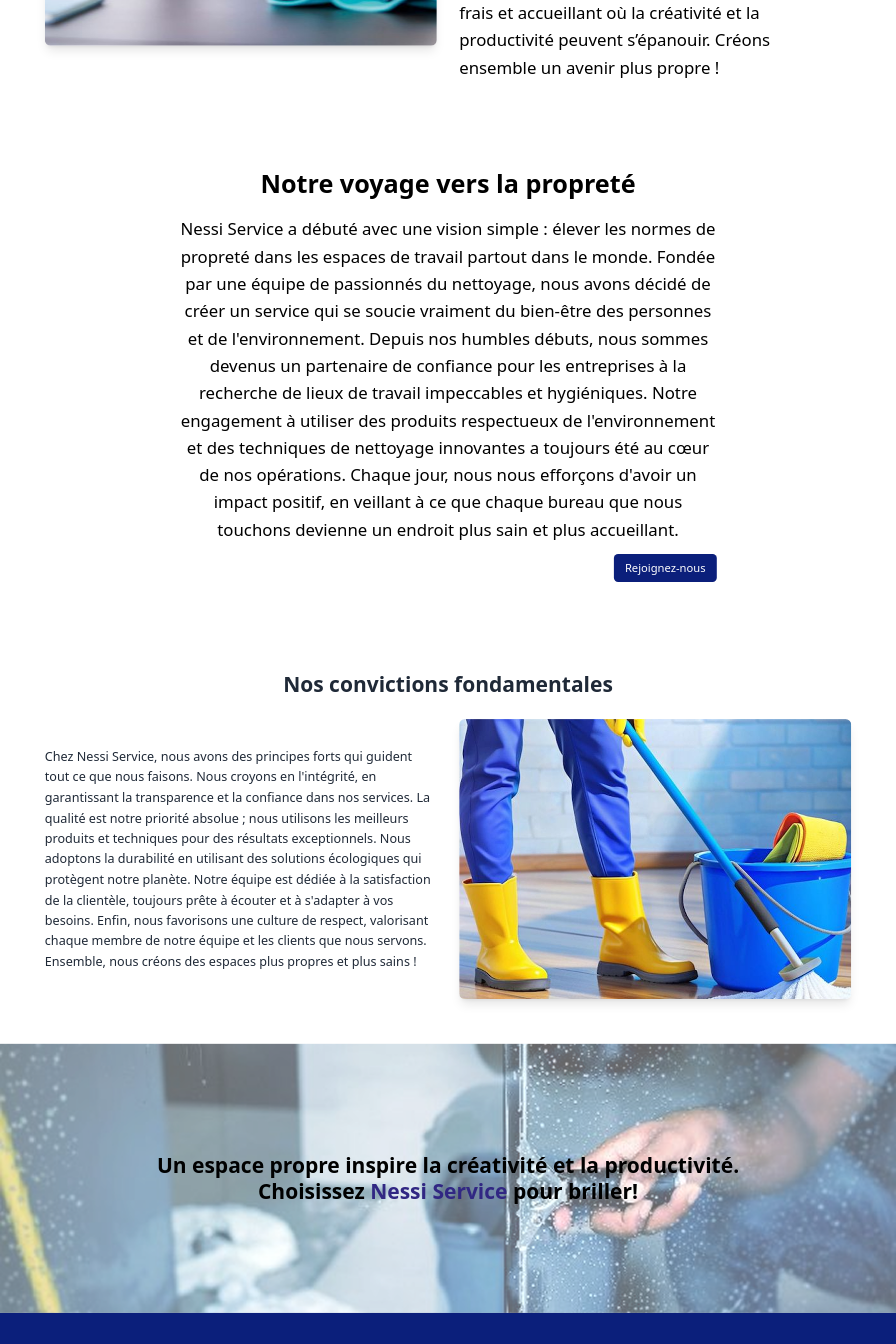
Repository: MDiouf9/Nessi
Page: /About
An editor plug-in stored every save of this project. The page is shown before and after a run of saves, followed by the edit.
The browser window is 1280 px wide. The pictures show the part of the page from y = 1225 to 3145 px (the page is 3557 px tall before and 3577 px after), at 70% of full size.
The project was rebuilt for these pictures with package versions that can differ from the ones it lists, and the page was loaded fresh each time. Also part of the build but not shown: vite.config.js, src/Global.css, src/App.css, src/Pages/Home.jsx, src/Pages/NotFound.jsx, src/components/Countries.jsx, src/Pages/Services.jsx, src/Pages/Contact.jsx.

Above is the page before, as saved 2025-03-10 18:48:40.

### src/main.jsx
import { StrictMode } from 'react'
import { createRoot } from 'react-dom/client'
import './index.css'
import './Global.css'
import App from './App.jsx'

createRoot(document.getElementById('root')).render(
  <StrictMode>
    <App />
  </StrictMode>,
)

### src/index.css
@tailwind base;
@tailwind components;
@tailwind utilities;
























/* :root {
  font-family: Inter, system-ui, Avenir, Helvetica, Arial, sans-serif;
  line-height: 1.5;
  font-weight: 400;

  color-scheme: light dark;
  color: rgba(255, 255, 255, 0.87);
  background-color: #242424;

  font-synthesis: none;
  text-rendering: optimizeLegibility;
  -webkit-font-smoothing: antialiased;
  -moz-osx-font-smoothing: grayscale;
}

a {
  font-weight: 500;
  color: #646cff;
  text-decoration: inherit;
}
a:hover {
  color: #535bf2;
}

body {
  margin: 0;
  display: flex;
  place-items: center;
  min-width: 320px;
  min-height: 100vh;
}

h1 {
  font-size: 3.2em;
  line-height: 1.1;
}

button {
  border-radius: 8px;
  border: 1px solid transparent;
  padding: 0.6em 1.2em;
  font-size: 1em;
  font-weight: 500;
  font-family: inherit;
  background-color: #1a1a1a;
  cursor: pointer;
  transition: border-color 0.25s;
}
button:hover {
  border-color: #646cff;
}
button:focus,
button:focus-visible {
  outline: 4px auto -webkit-focus-ring-color;
}

@media (prefers-color-scheme: light) {
  :root {
    color: #213547;
    background-color: #ffffff;
  }
  a:hover {
    color: #747bff;
  }
  button {
    background-color: #f9f9f9;
  }
} */

### src/App.jsx

import { BrowserRouter , Routes, Route  } from "react-router-dom"
// import reactLogo from './assets/react.svg'
// import viteLogo from '/vite.svg'
import './App.css'
import Home from './Pages/Home'
import NotFound from './Pages/NotFound'
import About from './Pages/About'
import Countries from './components/Countries'
import Services from './Pages/Services'
import Contact from './Pages/Contact'


function App() {

  return (
    <>
     <BrowserRouter>
      <Routes>
        <Route path="/"  element={<Home />} />
        <Route path='/About' element={<About/>} />
        <Route path='/Services' element={<Services/>} />
        <Route path='/Contact' element={<Contact/>} />
        <Route path='/Countries' element={<Countries/>} />
        <Route path='*' element={<NotFound/>} />
      </Routes>
    </BrowserRouter>

    </>
  )
}

export default App

### src/Pages/About.jsx

import Header from '../components/Header'
import SectionWithImage from '../components/Sectionlesft'
import regulier from "../assets/fememenage.png";
import propre from "../assets/mrpropre.png";
import SectionWithTitle from '../components/SectionTitle';
import OurJourneySection from '../components/SectionTexte';
import laveur from "../assets/laveur vitre.png";
import Footer from '../components/Footer';


const About = () => {
  return (
    <div>

        <Header/>
        <section className="bg-[#312783] text-white py-16 flex justify-center items-center">
      <h1 className="text-4xl md:text-6xl font-bold">PURE EXCELLENCE</h1>
    </section>
    {/* section 2 */}
    <section className=" text-white py-16 flex justify-center items-center">
      <h1 className="text-4xl md:text-6xl font-bold"> <section className=" text-black py-16 flex justify-center items-center">
      <h1 className="text-4xl md:text-6xl font-bold text-center">Engagé pour votre espace <br /> propre !</h1>
    </section></h1>
    </section>

        <SectionWithImage
             imageSrc={regulier} // Image à afficher
             altText="Nettoyage en action" // Texte alternatif
             title="" // Titre de la section
             content="Chez Nessi Service, nous pensons qu’un espace de travail propre conduit à des équipes plus heureuses et plus productives. Notre objectif est de fournir des services de nettoyage de premier ordre adaptés à vos besoins uniques. Nous sommes fiers d’utiliser des techniques modernes et des produits respectueux de l’environnement, garantissant que votre bureau non seulement a fière allure, mais favorise également un environnement sain. Avec notre équipe dévouée d’experts en nettoyage, nous promettons de transformer votre espace de travail en un espace frais et accueillant où la créativité et la productivité peuvent s’épanouir. Créons ensemble un avenir plus propre !"
           />

<OurJourneySection />


<SectionWithTitle
  imageSrc={propre}
  altText="Nettoyage professionnel"
  title="Nos convictions fondamentales"
  content=" Chez Nessi Service, nous avons des principes forts qui guident tout ce que nous faisons. Nous croyons en l'intégrité, en garantissant la transparence et la confiance dans nos services. La qualité est notre priorité absolue ; nous utilisons les meilleurs produits et techniques pour des résultats exceptionnels. Nous adoptons la durabilité en utilisant des solutions écologiques qui protègent notre planète. Notre équipe est dédiée à la satisfaction de la clientèle, toujours prête à écouter et à s'adapter à vos besoins. Enfin, nous favorisons une culture de respect, valorisant chaque membre de notre équipe et les clients que nous servons. Ensemble, nous créons des espaces plus propres et plus sains !"
/>


<section className="relative bg-cover bg-center py-16 h-96 flex items-center justify-center"
      style={{ backgroundImage: `url(${laveur})` }}>

      {/* Overlay transparent */}
      <div className="absolute inset-0 bg-white bg-opacity-40"></div>

      {/* Texte au milieu */}
      <h2 className="relative text-2xl md:text-3xl font-bold text-black text-center px-6">
        Un espace propre inspire la créativité et la productivité.
        <br />Choisissez <span className="text-[#312783]">Nessi Service</span> pour briller!
      </h2>

    </section>
  <Footer/>
    </div>
  )
}

export default About

### src/components/Header.jsx
import  { useState } from "react";
import { Link } from "react-router-dom";
import logo from "../assets/logo1.png";

const navLinks = [
  { name: "Accueil", path: "/" },
  { name: "À propos", path: "/about" },
  { name: "Nos services", path: "/services" },
  { name: "Contact", path: "/contact" }
];

const Header = () => {
  const [isMenuOpen, setIsMenuOpen] = useState(false); // État pour gérer l'ouverture du menu mobile

  return (
    <header className="bg-[#312783] text-white p-4 shadow-lg">
      <div className="container mx-auto flex justify-between items-center">
        {/* Logo */}
        <img src={logo} alt="Logo" className="h-20" />

        {/* Menu burger pour mobile */}
        <button
          className="lg:hidden text-white text-2xl"
          onClick={() => setIsMenuOpen(!isMenuOpen)}
          aria-label="Toggle Menu"
        >
          {isMenuOpen ? (
            <span>&#10005;</span>  // Croix de fermeture du menu
          ) : (
            <span>&#9776;</span>  // Icône hamburger
          )}
        </button>

        {/* Navigation */}
        <nav className={`lg:flex ${isMenuOpen ? "block" : "hidden"} lg:bg-transparent bg-[#312783]`}>
          <ul className="lg:flex lg:space-x-8 flex-col lg:flex-row space-y-4 lg:space-y-0 p-6 lg:p-0">
            {navLinks.map((link, index) => (
              <li key={index} className="relative">
                <Link
                  to={link.path}
                  className="hover:text-gray-300 text-lg transition-colors duration-300 ease-in-out"
                >
                  {link.name}
                </Link>
                {/* Ajouter une barre sous le lien actif */}
              </li>
            ))}
          </ul>
        </nav>
      </div>


    </header>
  );
};

export default Header;

### src/components/Footer.jsx
import { FaFacebook, FaInstagram, FaLinkedin, FaTwitter, FaPhone, FaMapMarkerAlt, FaEnvelope } from "react-icons/fa";
import logo from "../assets/logo1.png";

const Footer = () => {
  return (
    <div>
        <footer className="bg-[#0B1F7B] text-white py-10">
    <div className="flex ">
          <img src={logo} alt="Logo" className="h-28" />
        </div>
      <div className="container mx-auto px-6">


        {/* Première section */}
        <div className="flex flex-col lg:flex-row justify-between items-start mt-8 gap-8">
          {/* Première colonne */}
          <div className="lg:w-1/3 flex flex-col items-center text-center">
            <p className="mt-4 text-lg">
              NESSI Service garantit des services de nettoyage professionnels pour un espace propre, sain et accueillant.
            </p>
            <h2 className="py-4">SUIVEZ NOUS:</h2>
            <div className="mt-4 flex space-x-4">

              <a href="#" className="text-gray-300 hover:text-white">
                <FaFacebook size={24} />
              </a>
              <a href="#" className="text-gray-300 hover:text-white">
                <FaInstagram size={24} />
              </a>
              <a href="#" className="text-gray-300 hover:text-white">
                <FaLinkedin size={24} />
              </a>
              <a href="#" className="text-gray-300 hover:text-white">
                <FaTwitter size={24} />
              </a>
            </div>
          </div>

          {/* Deuxième colonne */}
          <div className="lg:w-1/3 flex flex-col items-center">
            <h3 className="text-xl font-bold">Navigation</h3>
            <ul className="mt-4 space-y-2 text-center">
              <li><a href="/services" className="hover:text-gray-300">Services</a></li>
              <li><a href="/" className="hover:text-gray-300">Accueil</a></li>
              <li><a href="/services" className="hover:text-gray-300">Nos Services</a></li>
              <li><a href="/about" className="hover:text-gray-300">À propos de nous</a></li>
            </ul>
          </div>

          {/* Troisième colonne */}
          <div className="lg:w-1/3 flex flex-col items-center">
            <h3 className="text-xl font-bold">Contact</h3>
            <ul className="mt-4 space-y-4 text-center">
              <li className="flex items-center justify-center gap-2">
                <FaPhone className="text-gray-300" />
                +221 77 096 41 65
              </li>
              <li className="flex items-center justify-center gap-2">
                <FaMapMarkerAlt className="text-gray-300" />
                Dakar, Sénégal, HLM 4, Villa n°1195
              </li>
              <li className="flex items-center justify-center gap-2">
                <FaEnvelope className="text-gray-300" />
                <a href="mailto:nessiservice@gmail.com" className="hover:text-gray-300">nessiservice@gmail.com</a>
              </li>
            </ul>
          </div>
        </div>

        {/* Texte footer avec mentions légales et copyright */}

      </div>
    </footer>
    <div className="mx-2   py-2 ">
          <p className="text-sm">Mentions légales  Conditions de confidentialité @Bysouadou © 2024 NESSI Service. Tous droits réservés.


          </p>
        </div>
         </div>
  );
};

export default Footer;

### src/components/Sectionlesft.jsx
const SectionWithImage = ({ imageSrc, altText, title, content }) => {
    return (
      <section className="bg-white py-16 px-6 md:px-16">
        <div className="container mx-auto flex flex-col md:flex-row items-center gap-8">
          {/* Image à gauche */}
          <div className="md:w-1/2 flex justify-aound items-center">
            <img src={imageSrc} alt={altText} className="w-full h-full max-h-[500px] object-center  rounded-lg shadow-lg" />
          </div>

          {/* Texte à droite */}
          <div className="md:w-1/2 flex flex-col justify-center h-full">
            <h2 className="text-3xl font-bold mb-4">{title}</h2>
            <p className="text-2xl leading-relaxed">{content}</p>
          </div>
        </div>
      </section>
    );
  };

  export default SectionWithImage;

### src/components/SectionTitle.jsx
const SectionWithTitle = ({ imageSrc, altText, title, content }) => {
    return (
      <section className="bg-white py-16 px-6 md:px-16">
        <div className="container mx-auto text-center mb-8">
          <h2 className="text-3xl font-bold text-gray-800">{title}</h2>
        </div>

        <div className="container mx-auto flex flex-col md:flex-row items-center gap-8">
          {/* Texte à gauche */}
          <div className="md:w-1/2 flex flex-col justify-center h-full text-gray-800">
            <p className="text-lg leading-relaxed">{content}</p>
          </div>

          {/* Image à droite */}
          <div className="md:w-1/2 flex justify-center items-center">
            <img src={imageSrc} alt={altText} className="w-full h-full max-h-[400px] object-cover rounded-lg shadow-lg" />
          </div>
        </div>
      </section>
    );
  };

  export default SectionWithTitle;

### src/components/SectionTexte.jsx
const OurJourneySection = () => {
    return (
      <section className="text-black py-16 px-6 md:px-16">
        <div className="container mx-auto text-center">
          {/* Titre */}
          <h2 className="text-4xl font-bold mb-6">Notre voyage vers la propreté</h2>

          {/* Texte + bouton aligné à gauche */}
          <div className="max-w-3xl mx-auto text-right">
            <p className="text-2xl text-center leading-relaxed">
              Nessi Service a débuté avec une vision simple : élever les normes de propreté dans les espaces de travail partout dans le monde.
              Fondée par une équipe de passionnés du nettoyage, nous avons décidé de créer un service qui se soucie vraiment du bien-être des personnes et de l'environnement.
              Depuis nos humbles débuts, nous sommes devenus un partenaire de confiance pour les entreprises à la recherche de lieux de travail impeccables et hygiéniques.
              Notre engagement à utiliser des produits respectueux de l'environnement et des techniques de nettoyage innovantes a toujours été au cœur de nos opérations.
              Chaque jour, nous nous efforçons d'avoir un impact positif, en veillant à ce que chaque bureau que nous touchons devienne un endroit plus sain et plus accueillant.
            </p>

            {/* Bouton aligné à gauche */}
            <div className="mt-4">
              <button className="bg-[#0B1F7B] px-4 py-2 text-white rounded-md">Rejoignez-nous</button>
            </div>
          </div>
        </div>
      </section>
    );
  };

  export default OurJourneySection;

Loaded but not shown: index.html (common file); tailwind.config.js (common file)

After the next 2 saves:
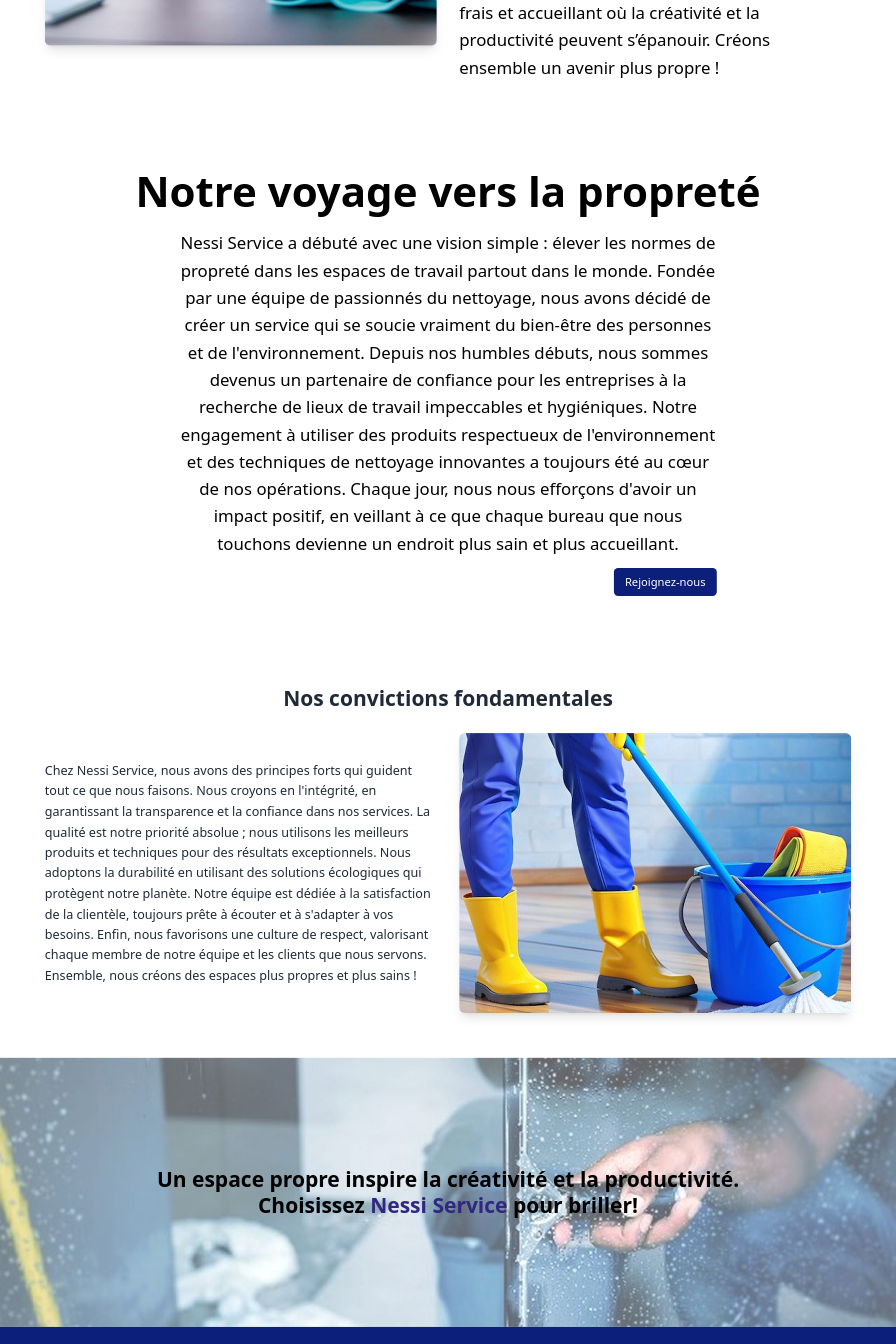
The 2 saves are shown as one change because they came seconds apart.
The last was saved 17 s later.
--- a/src/components/SectionTexte.jsx
+++ b/src/components/SectionTexte.jsx
@@ -3,7 +3,7 @@
       <section className="text-black py-16 px-6 md:px-16">
         <div className="container mx-auto text-center">
           {/* Titre */}
-          <h2 className="text-4xl font-bold mb-6">Notre voyage vers la propreté</h2>
+          <h2 className="text-6xl font-bold mb-6">Notre voyage vers la propreté</h2>
 
           {/* Texte + bouton aligné à gauche */}
           <div className="max-w-3xl mx-auto text-right">
